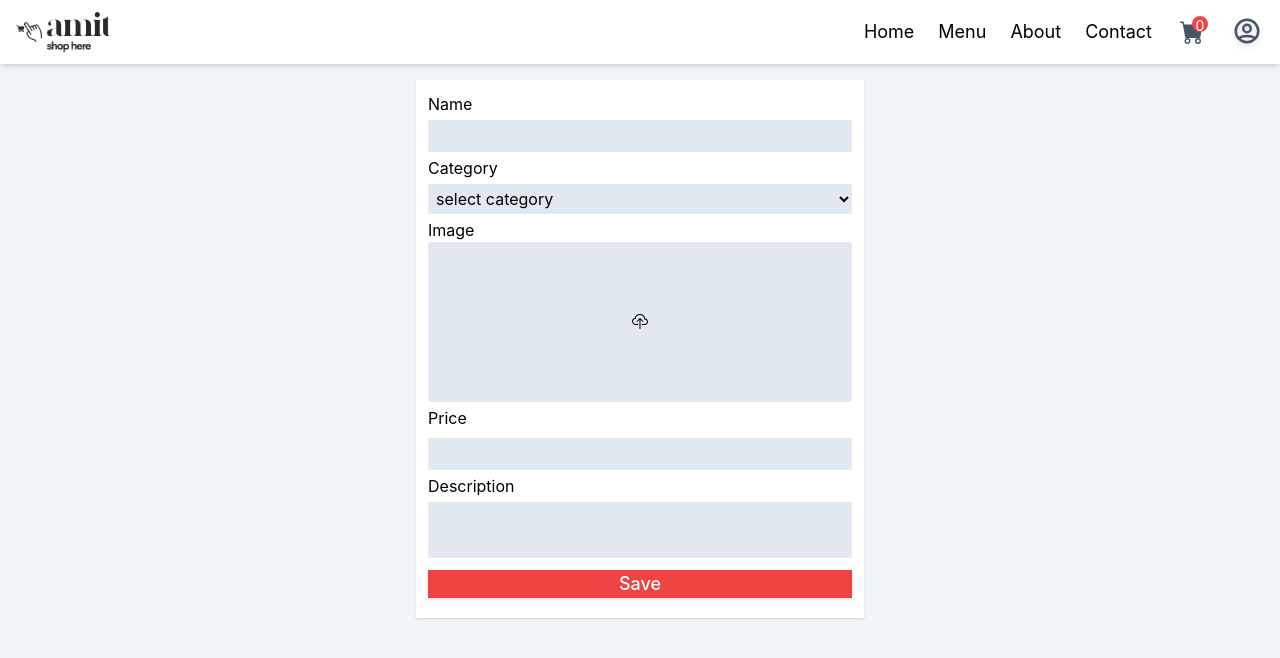
Repository: Lehuyhuynh/Web_ban_hoa_qua
Page: /newproduct (app in frontend/)
These files come from the project's save history. The page is drawn as it stood at one moment and after the next save; the edit follows.
The browser window is 1280 px wide. The pictures show the whole page.
The project was rebuilt for these pictures with package versions that can differ from the ones it lists, and the page was loaded fresh each time. Also part of the build but not shown: frontend/src/page/Home.js, frontend/src/page/Menu.js, frontend/src/page/About.js, frontend/src/page/Contact.js, frontend/src/page/login.js, frontend/src/page/Signup.js.

Above is the page before, as saved 2024-01-05 09:56:05.

After the next save:
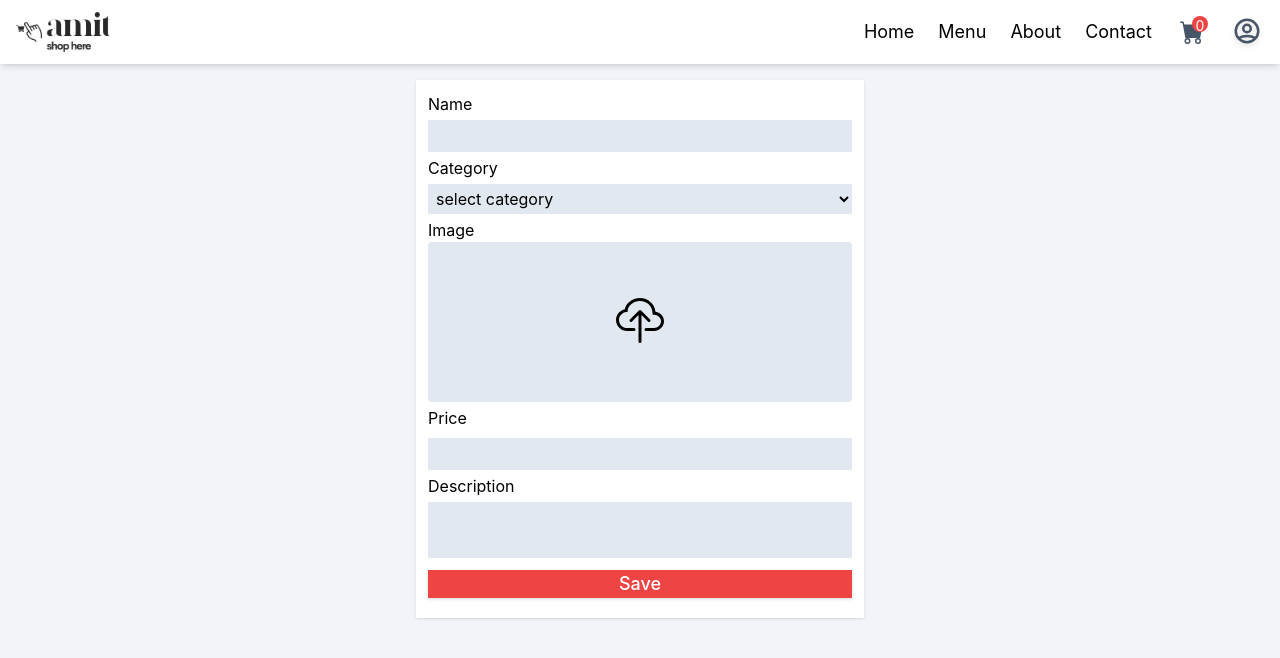
Saved 2 min 58 s later.
--- a/frontend/src/page/Newproduct.js
+++ b/frontend/src/page/Newproduct.js
@@ -79,8 +79,14 @@ const NewProduct = () => {
           <label htmlFor="image">
             Image
             <div className="h-40 w-full bg-slate-200  rounded flex items-center justify-center cursor-pointer">
-              <BsCloudUpload />
-              <img src={data.image} alt="" />
+              {data.image ? (
+                <img src={data.image} className="h-full" />
+              ) : (
+                <span className="text-5xl">
+                  <BsCloudUpload />
+                </span>
+              )}
+
               <input
                 type={"file"}
                 accept="image/*"
